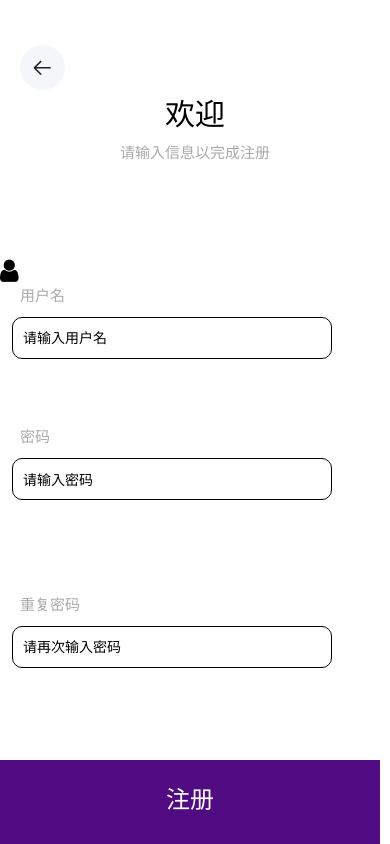
Repository: eyebone/barManager
Screen: /sign
An editor plug-in stored every save of this project. The screen is shown before and after the next save, followed by the edit.
The app was drawn by React Native's web renderer in a window 390 px wide. The project was rebuilt for these pictures with package versions that can differ from the ones it lists, and the page was loaded fresh each time. Also part of the build but not shown: components/EmojiPicker.js, components/Button.js, components/ImageViewer.js, components/circleButton.js, components/IconButton.js, view/ViewOne.js, view/Main.js.

Above is the screen before, as saved 2023-06-26 16:33:16.

After the next save:
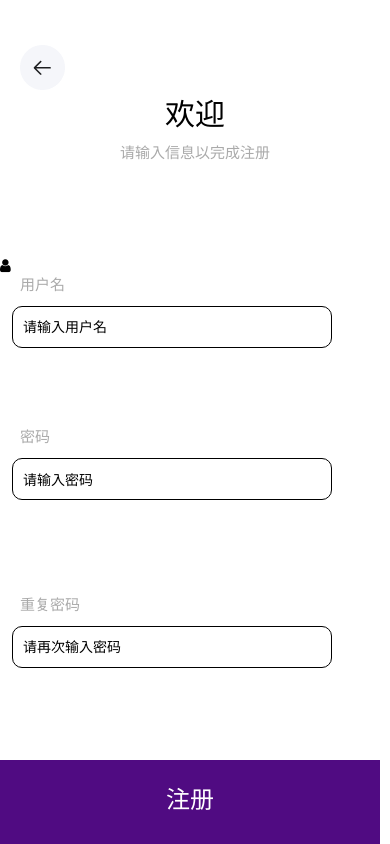
Saved 8 s later.
--- a/view/Sign.js
+++ b/view/Sign.js
@@ -47,7 +47,7 @@ export function SignView({ navigation }) {
         <Text style={styles.infoText}>请输入信息以完成注册</Text>
       </View>
       <View style={styles.inputBar}>
-        <FontAwesome name="user" size={26} style={{}}/>
+        <FontAwesome name="user" size={15} style={{}}/>
         <Text style={styles.smallText}>用户名</Text>
         <TextInput
           maxLength={40}
